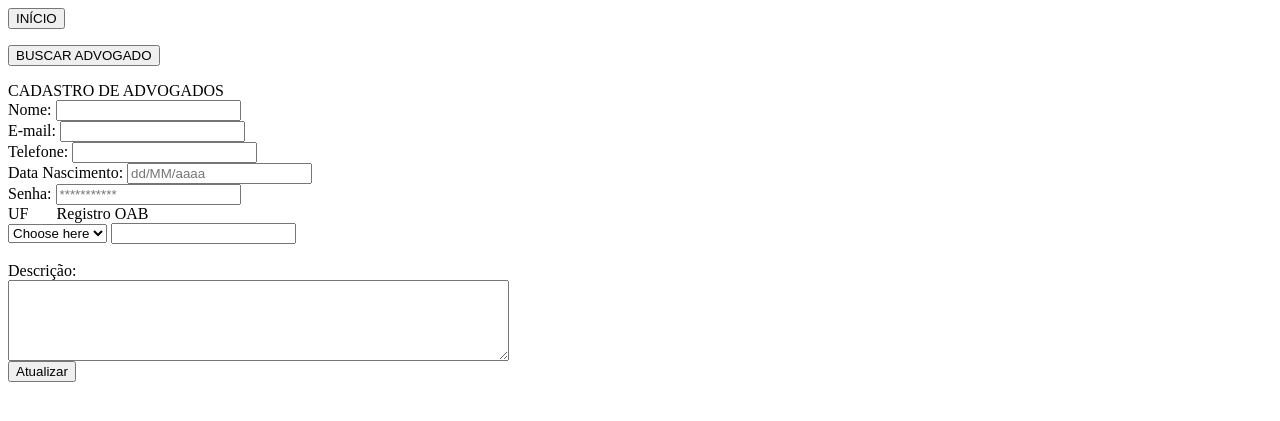
Repository: Natan16/CRUDJUSTTO
Page: http://localhost/CRUDJUSTTOWEB/edita-advogado.jsp
These files come from the project's save history. The page is drawn as it stood at one moment and after the next save; the edit follows.
The browser window is 1280 px wide. The pictures show the whole page.
The page is served by Tomcat 9.

Above is the page before, as saved 2019-09-01 00:27:43.

After the next save:
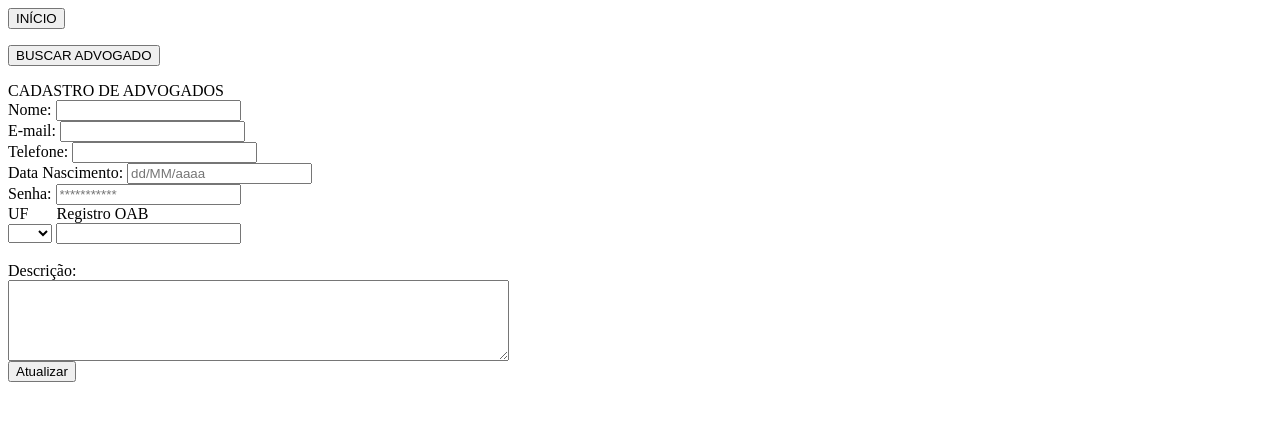
Saved 16 s later.
--- a/CRUDJUSTTOWEB/WebContent/edita-advogado.jsp
+++ b/CRUDJUSTTOWEB/WebContent/edita-advogado.jsp
@@ -28,7 +28,7 @@
 
                           UF &nbsp;&emsp; Registro OAB <br />
              <select name="ufOAB">
-             	<option value="" selected disabled hidden>Choose here</option>
+             	<option value="" selected disabled hidden>${param.ufOAB}</option>
              	<%
              	List<String> ufs = Listagens.getUfs();
 			 	for (String uf : ufs ) {
